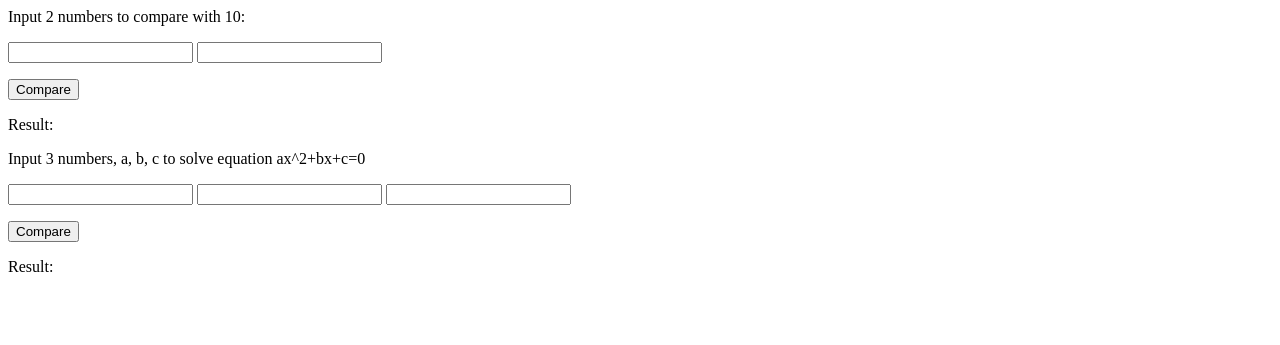
Repository: Hok1988/HomeWork
Page: HomeWork4/Massive/war/index.html
An editor plug-in stored every save of this project. The page is shown before and after the next save, followed by the edit.
The browser window is 1280 px wide. The pictures show the whole page.
The page's requests for data from a server got no answer.

Above is the page before, as saved 2016-05-27 18:54:43.

After the next save:
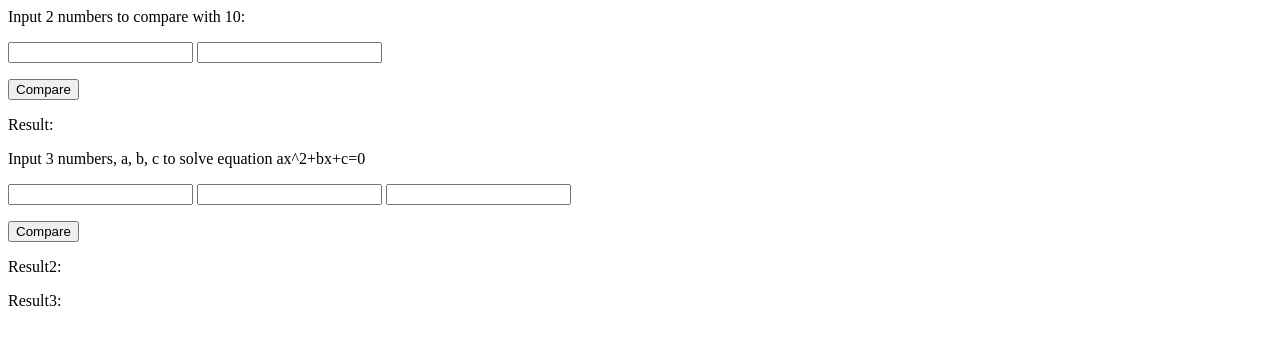
Saved 102 s later.
--- a/HomeWork4/Massive/war/index.html
+++ b/HomeWork4/Massive/war/index.html
@@ -29,6 +29,7 @@
 
 			$('#result2').load("/massive?var1="+var1+"&var2="+var2+"&var3="+var3+"&func=solve");
 	  } );
+	  $('#result3').load("/massive?func=result3");
   } );
 </script>
 <body>
@@ -50,7 +51,9 @@ Result:
 </form>
 <button id="solve">Compare</button>
 <p>
-Result:
+Result2:
 <b><span style="color:blue" id="result2"></span></b></p>
+ Result3:
+<b><span style="color:blue" id="result3"></span></b></p>
  </body>
 </html>
